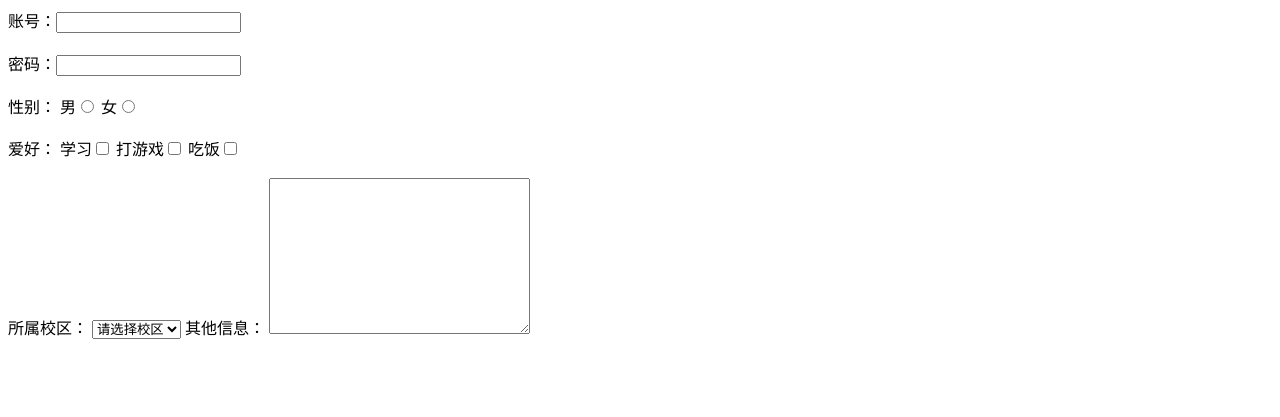
Repository: Lconfident/Learning_Process
Page: Vue/vue_basic/13__收集表单数据/1.收集表单数据.html
These files come from the project's save history. The page is drawn as it stood at one moment and after the next save; the edit follows.
The browser window is 1280 px wide. The pictures show the whole page.

Above is the page before, as saved 2023-07-22 10:30:33.

After the next save:
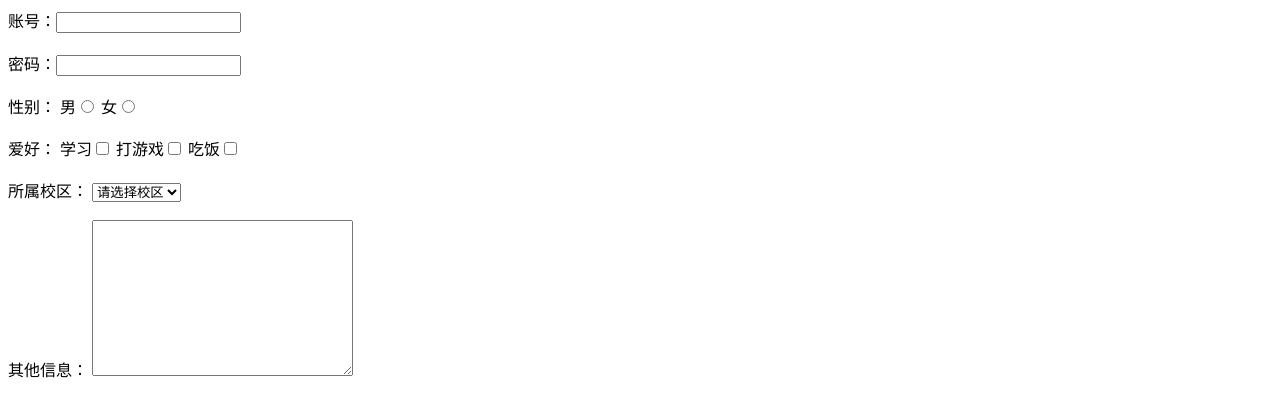
Saved 7 s later.
--- a/Vue/vue_basic/13__收集表单数据/1.收集表单数据.html
+++ b/Vue/vue_basic/13__收集表单数据/1.收集表单数据.html
@@ -29,7 +29,7 @@
                 <option value="shanghai">上海</option>
                 <option value="wuhan">武汉</option>
                 <option value="shenzhen">深圳</option>
-            </select>
+            </select><br><br>
             其他信息：
             <textarea cols="30" rows="10"></textarea>
         </form>
